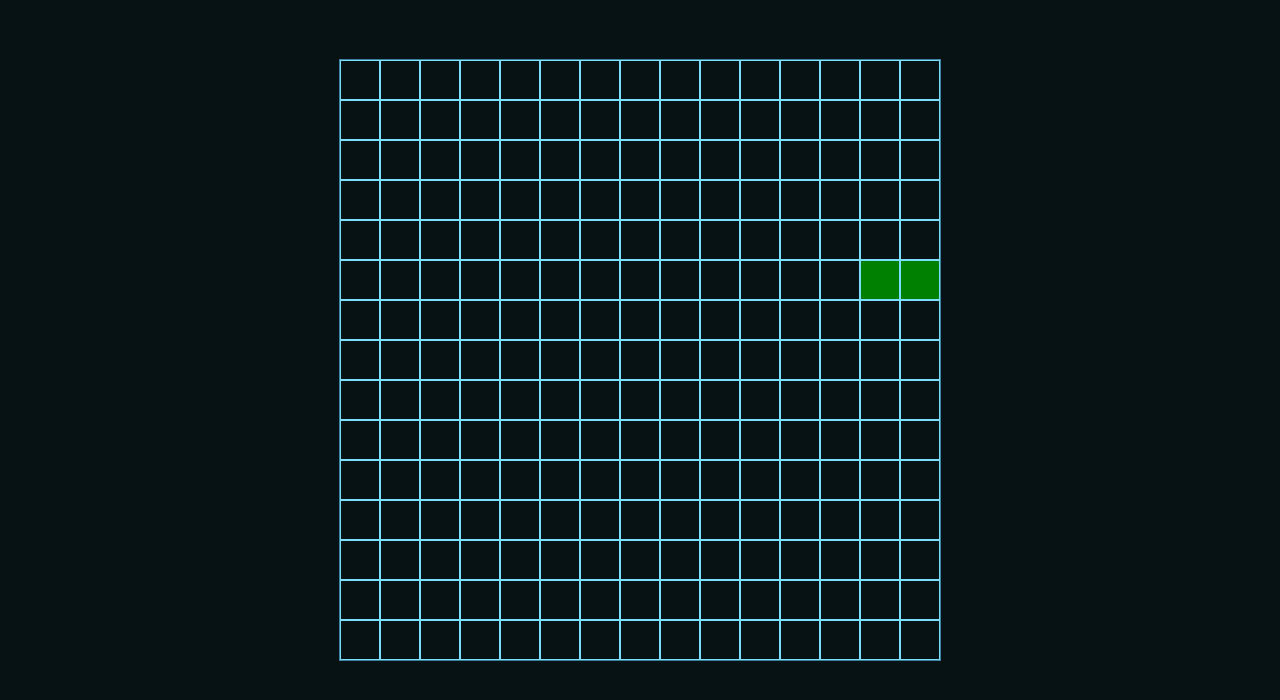
Repository: rehans-Life/linkedlist-snake-game
Page: /
An editor plug-in stored every save of this project. The page is shown before and after the next save, followed by the edit.
The browser window is 1280 px wide. The pictures show the whole page.
The project was rebuilt for these pictures with package versions that can differ from the ones it lists, and the page was loaded fresh each time. The framework's server and built-in components were replaced by stand-ins that run in the browser. Also part of the build but not shown: next.config.js.

Above is the page before, as saved 2023-04-15 17:11:44.

After the next save:
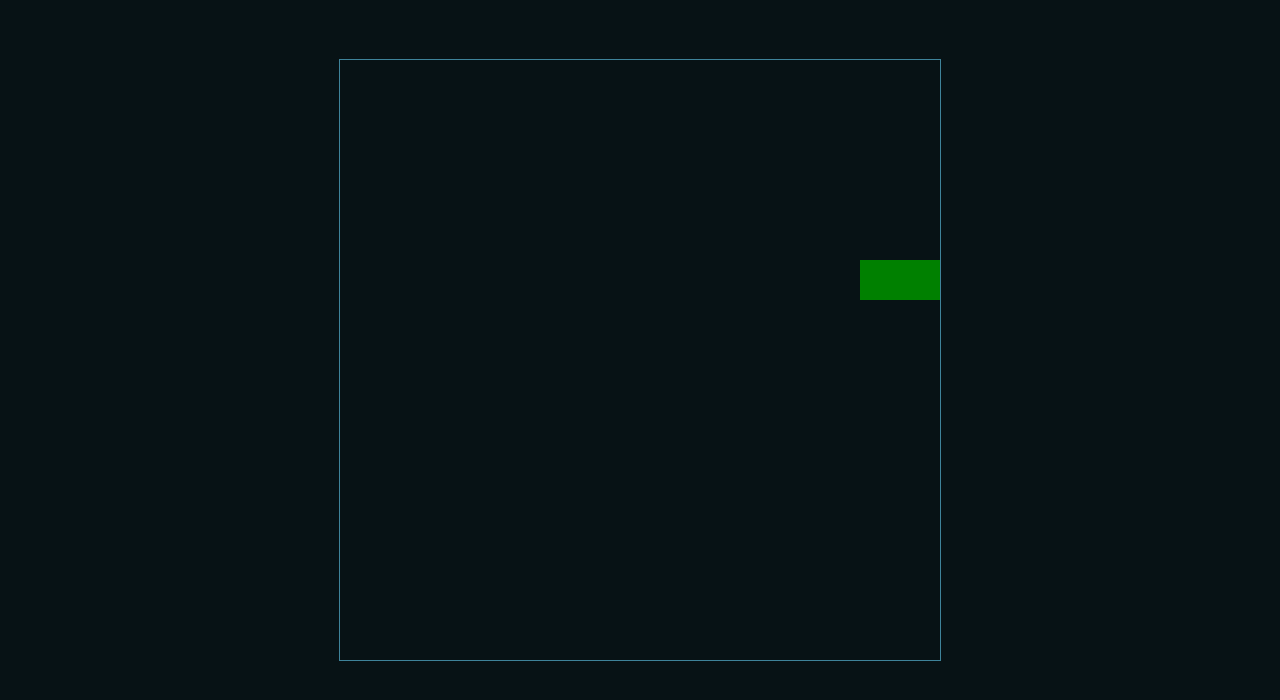
Saved 3 min 50 s later.
--- a/styles/Home.module.css
+++ b/styles/Home.module.css
@@ -19,7 +19,7 @@
 .cell {
   width: 40px;
   height: 40px;
-  border: 1px solid rgb(123, 222, 255);
+  /* border: 1px solid rgb(123, 222, 255); */
 }
 
 .snake_cell {
